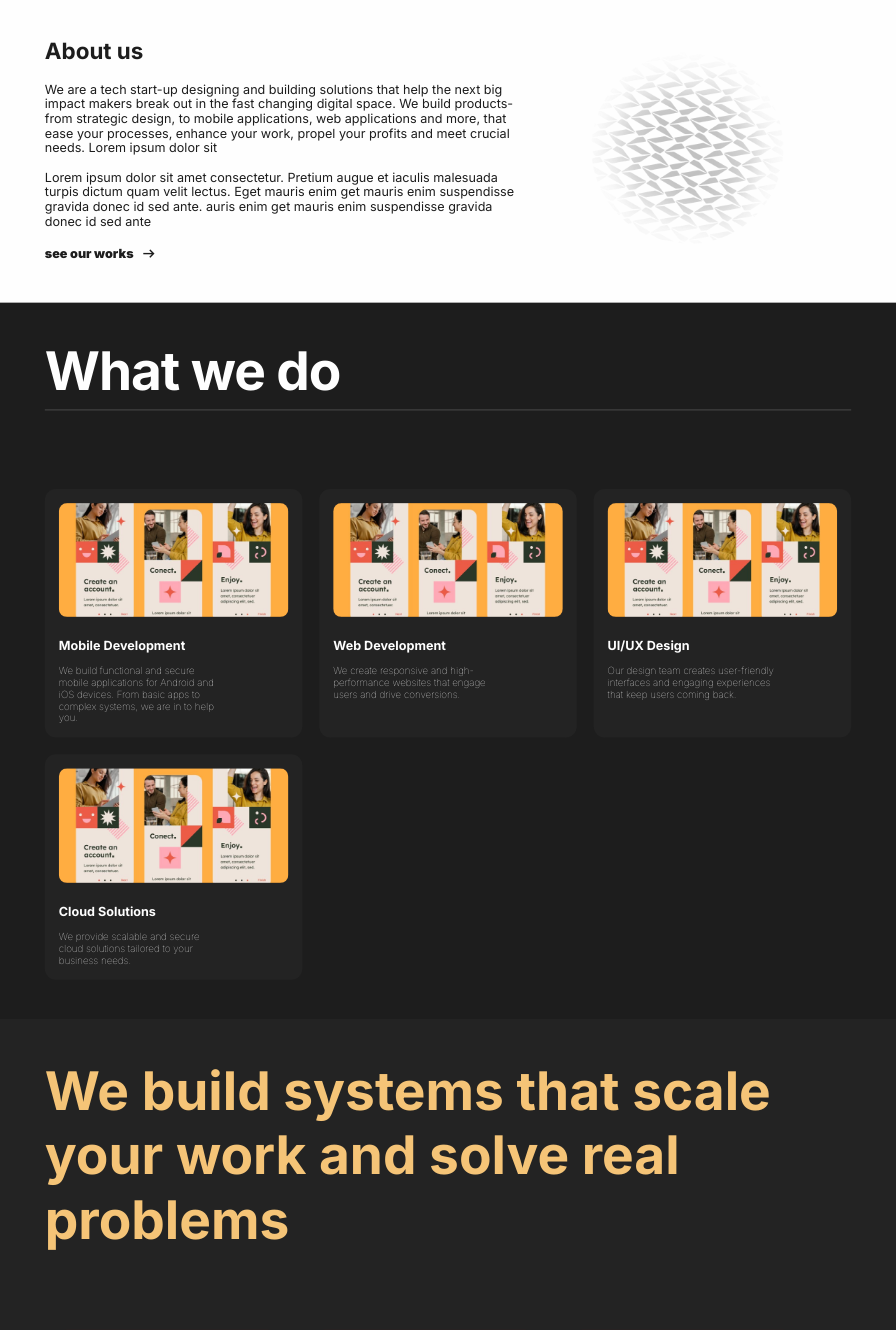
Repository: staruth0/staruth-website
Page: / (app in frontend/)
The author's editor kept a copy of each file at every save. The page is drawn from the files as they stood at one save, then again after the next save.
The browser window is 1280 px wide. The pictures show the part of the page from y = 1051 to 2951 px (the page is 7060 px tall before and 6132 px after), at 70% of full size.
Pictures or frames that could not be fetched are drawn as grey boxes. The project was rebuilt for these pictures with package versions that can differ from the ones it lists, and the page was loaded fresh each time. Also part of the build but not shown: frontend/vite.config.js, frontend/src/pages/about/components/hero_section/hero.css, frontend/src/pages/about/components/hero_section/hero.jsx, frontend/src/pages/about/components/meet_team/meet_team.css, frontend/src/pages/about/components/meet_team/profile_card/pf_card.css, frontend/src/pages/about/components/meet_team/profile_card/pf_card.jsx, frontend/src/pages/about/components/meet_team/meet_team.jsx, frontend/src/pages/about/components/slidable_section/slidable.jsx and 14 more.

Above is the page before, as saved 2024-09-23 22:10:10.

After the next save:
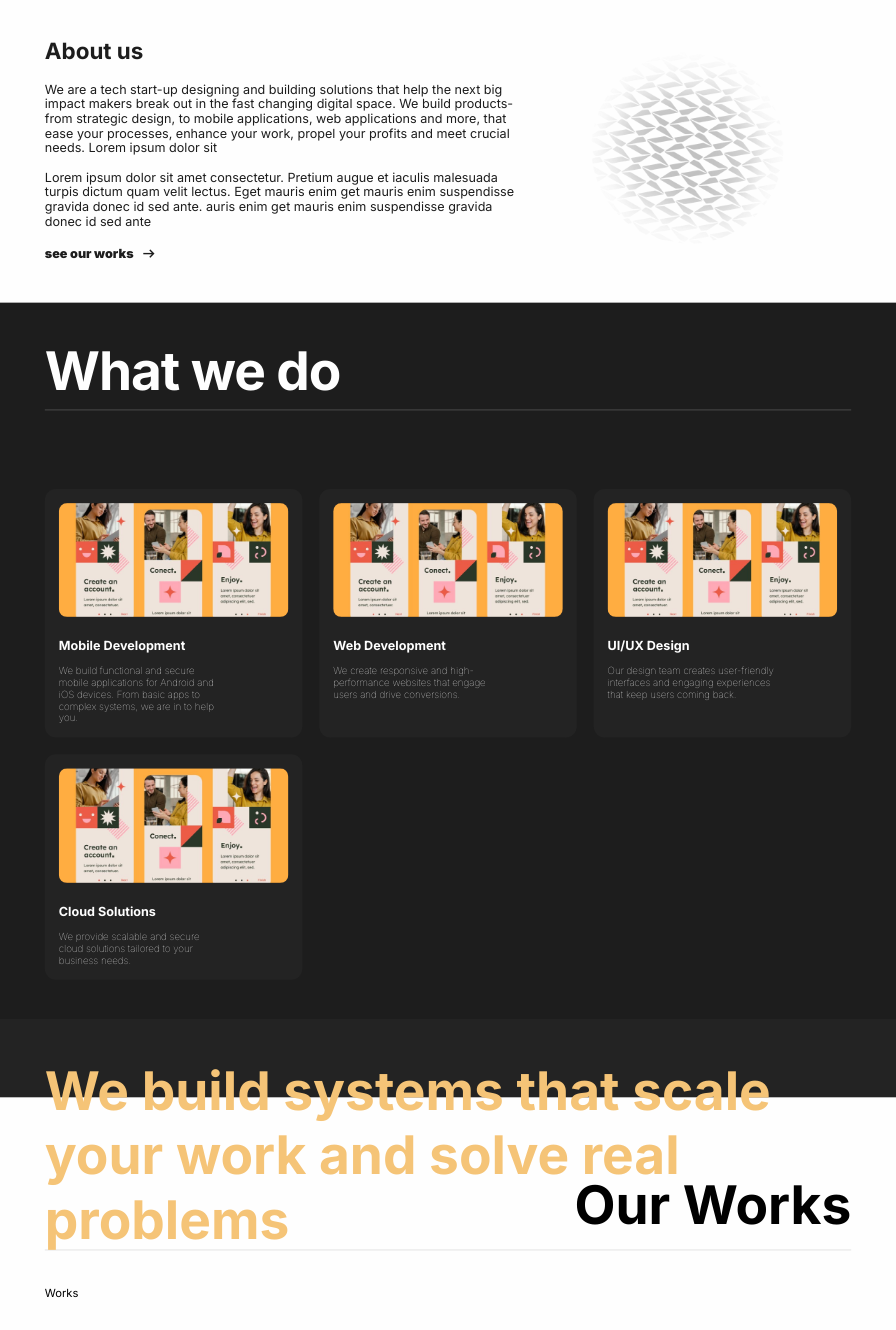
Saved 10 s later.
--- a/frontend/src/pages/about/components/slidable_section/slidable.css
+++ b/frontend/src/pages/about/components/slidable_section/slidable.css
@@ -2,7 +2,7 @@
     font-family:var(--font-family);
     margin:0;
     padding:0;
-    poisition
+    position:absolute;
 }
 .home-slidable-section{
     background: var(--on-black);

After the save that followed:
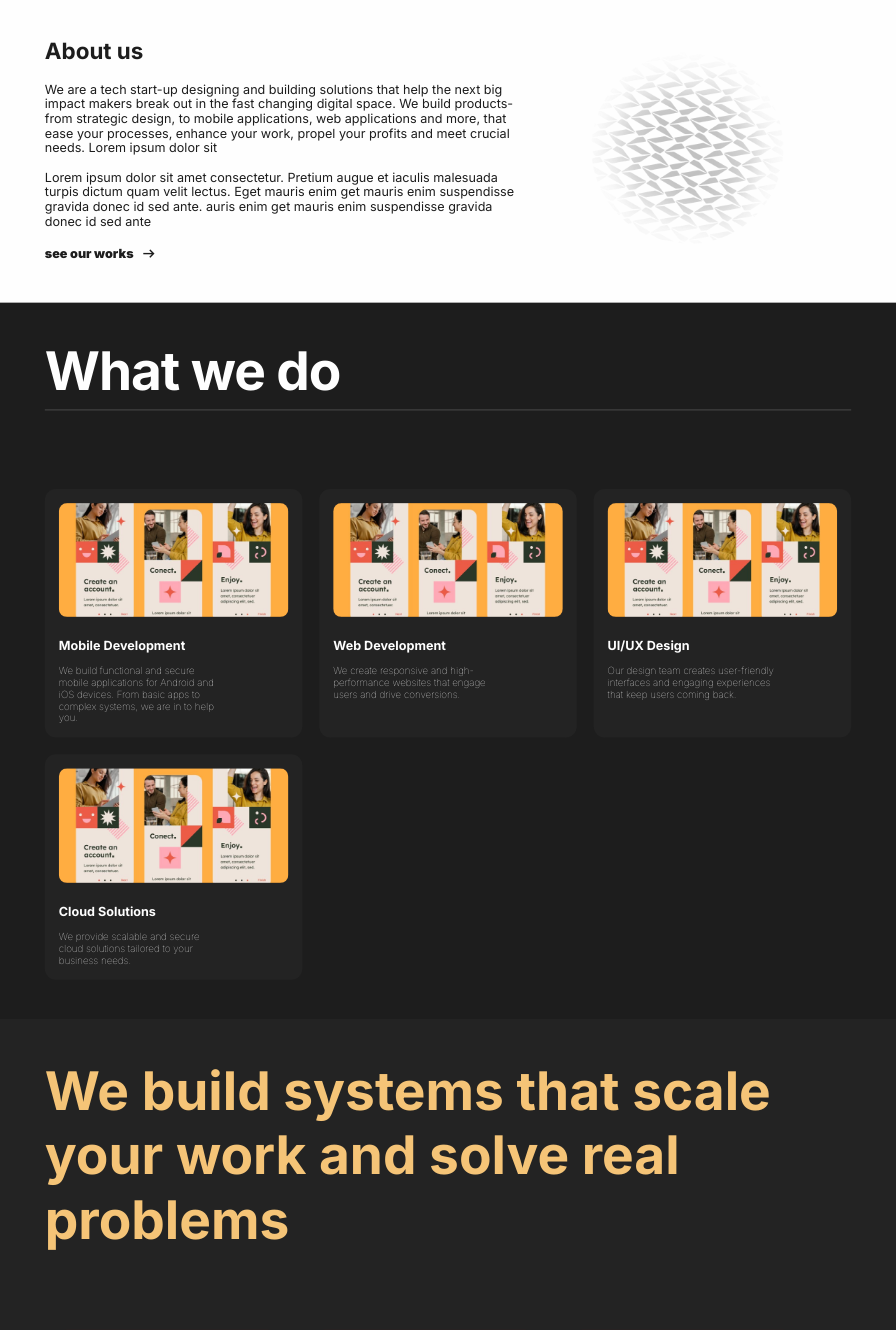
Saved 17 s later.
--- a/frontend/src/pages/about/components/slidable_section/slidable.css
+++ b/frontend/src/pages/about/components/slidable_section/slidable.css
@@ -2,7 +2,6 @@
     font-family:var(--font-family);
     margin:0;
     padding:0;
-    position:absolute;
 }
 .home-slidable-section{
     background: var(--on-black);
